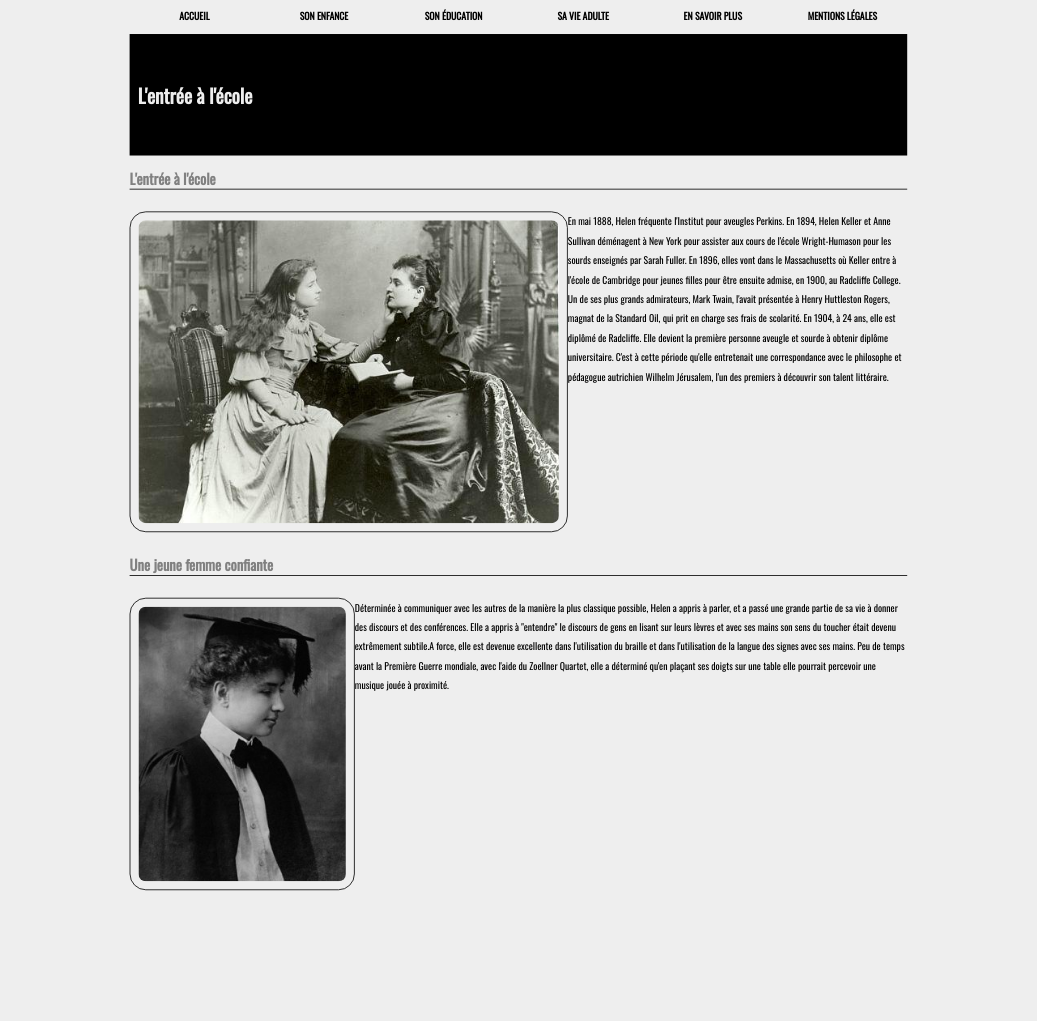
Repository: Luc010/Exercices
Page: HTML CSS/biographie_helen_keller/education.html
An editor plug-in stored every save of this project. The page is shown before and after a run of saves, followed by the edit.
The browser window is 1280 px wide. The pictures show the whole page, at 81% of full size.

Above is the page before, as saved 2019-09-04 15:37:34.

### HTML CSS/biographie_helen_keller/education.html
<!DOCTYPE html>
<html lang="fr">
<head>
    <title>Biographie Helen Keller - Education</title>
    <meta charset="UTF-8">
    <meta name="viewport" content="width=device-width, initial-scale=1.0">
    <meta http-equiv="X-UA-Compatible" content="ie=edge">
    <link href="style.css" rel="stylesheet">
</head>
<body>
    <header>
    </header>
    <nav>
        <ul>
            <li><a href="index.html">Accueil</a></li>
            <li><a href="enfance.html">Son enfance</a></li>
            <li><a href="education.html">Son éducation</a></li>
            <li><a href="adulte.html">Sa vie adulte</a></li>
            <li><a href="savoirplus.html">En savoir plus</a></li>
            <li><a href="mentions.html">Mentions légales</a></li>
        </ul>
    </nav>
    <main>
        <div class="container">
            <h1>L'entrée à l'école</h1>
            <h2>L'entrée à l'école</h2>
            <p>
                <img align="left" src="img/hk5.jpg" alt="helen keller et anne sullivan">
                En mai 1888, Helen fréquente l'Institut pour aveugles Perkins. En 1894, Helen Keller et Anne Sullivan
                déménagent
                à New York pour assister aux cours de l'école Wright-Humason pour les sourds enseignés par Sarah Fuller.
                En
                1896, elles vont dans le Massachusetts où Keller entre à l'école de Cambridge pour jeunes filles pour
                être
                ensuite admise, en 1900, au Radcliffe College.
                Un de ses plus grands admirateurs, Mark Twain, l'avait présentée à Henry Huttleston Rogers, magnat de la
                Standard Oil, qui prit en charge ses frais de scolarité.
                En 1904, à 24 ans, elle est diplômé de Radcliffe. Elle devient la première personne aveugle et sourde à
                obtenir
                diplôme universitaire. C'est à cette période qu'elle entretenait une correspondance avec le philosophe
                et
                pédagogue autrichien Wilhelm Jérusalem, l'un des premiers à découvrir son talent littéraire.
            </p>
            <h2>Une jeune femme confiante</h2>
            <p>
                <img align="left" src="img/hk6.jpg" alt="helen keller diplomée">
                Déterminée à communiquer avec les autres de la manière la plus classique possible, Helen a appris à
                parler, et a
                passé une grande partie de sa vie à donner des discours et des conférences. Elle a appris à "entendre"
                le
                discours de gens en lisant sur leurs lèvres et avec ses mains son sens du toucher était devenu
                extrêmement
                subtile.A force, elle est devenue excellente dans l'utilisation du braille et dans l'utilisation de la
                langue
                des signes avec ses mains. Peu de temps avant la Première Guerre mondiale, avec l'aide du Zoellner
                Quartet, elle
                a déterminé qu'en plaçant ses doigts sur une table elle pourrait percevoir une musique jouée à
                proximité.
            </p>
        </div>
    </main>
    <footer>
        <div class="container"></div>
    </footer>
</body>
</html>

### HTML CSS/biographie_helen_keller/style.css
@import url('https://fonts.googleapis.com/css?family=Oswald&display=swap');
body{
    margin: 0;
    padding: 0;
    background-color: #eee;
    font-size: 12px;
    font-family: 'Oswald',corbel,calibri,sans-serif;
}
h1{
    background-color: black;
    color: #eee;
    text-indent: 10px;
    height: 150px;
    line-height: 150px;
    margin: 0;
}
h2{
    color: grey;
    border-bottom: 1px solid black;
}
p{
    /* Pourcentage plus simple à gérer, interligne (utilité: bcp de text) */
    line-height:200%;
}
img{
    border: 1px solid black;
    border-radius: 20px;
    padding: 10px;
}
.container {
    display: flex;
    flex-direction: column;
    min-height: 150px;
    width: 960px;
    margin-left: auto;
    margin-right: auto;
}
nav {
    min-height: 40px;
    position: sticky;
    top: 0;
    width: 960px;
    margin-left: auto;
    margin-right: auto;
}
ul, li {
    margin: 0;
    padding: 0;
    list-style: none;
}
ul {
    display: flex;
}
li {
    width: 100%;
    margin-bottom: 2px;
    height: 40px;
    font-weight: bold;
    text-transform: uppercase;
}
a {
    color: black;
    text-decoration: none;
    display: block;
    height: 40px;
    line-height: 40px;
    text-align: center;
    background-color: #eee;
}
a:hover {
    color: white;
    background-color: black;
}

After the next 2 saves:
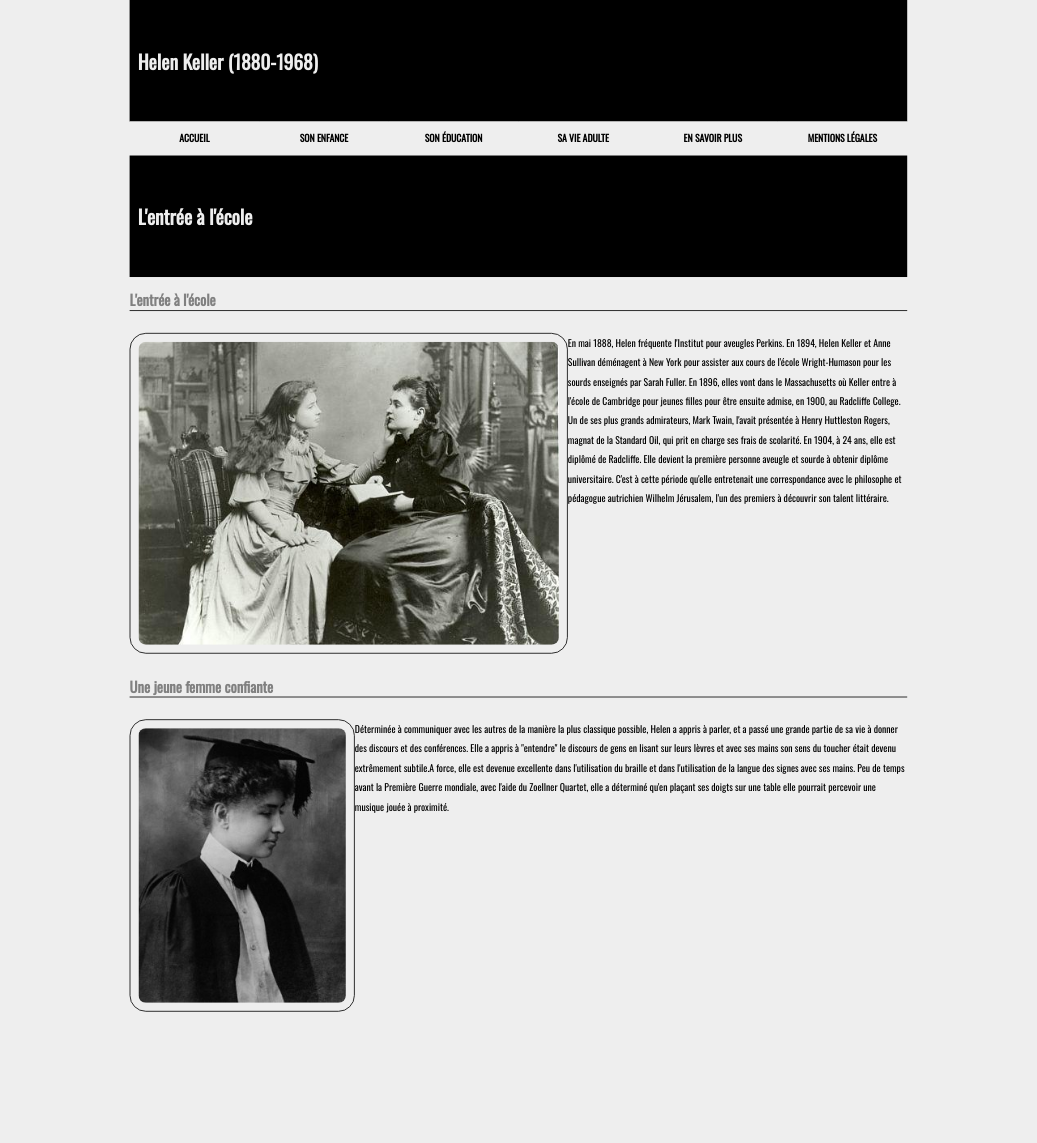
The 2 saves are shown as one change because they came seconds apart.
The last was saved 15 s later.
--- a/HTML CSS/biographie_helen_keller/education.html
+++ b/HTML CSS/biographie_helen_keller/education.html
@@ -1,5 +1,6 @@
 <!DOCTYPE html>
 <html lang="fr">
+
 <head>
     <title>Biographie Helen Keller - Education</title>
     <meta charset="UTF-8">
@@ -7,8 +8,12 @@
     <meta http-equiv="X-UA-Compatible" content="ie=edge">
     <link href="style.css" rel="stylesheet">
 </head>
+
 <body>
     <header>
+        <div class="container">
+            <h1>Helen Keller (1880-1968)</h1>
+        </div>
     </header>
     <nav>
         <ul>
@@ -63,4 +68,5 @@
         <div class="container"></div>
     </footer>
 </body>
+
 </html>
